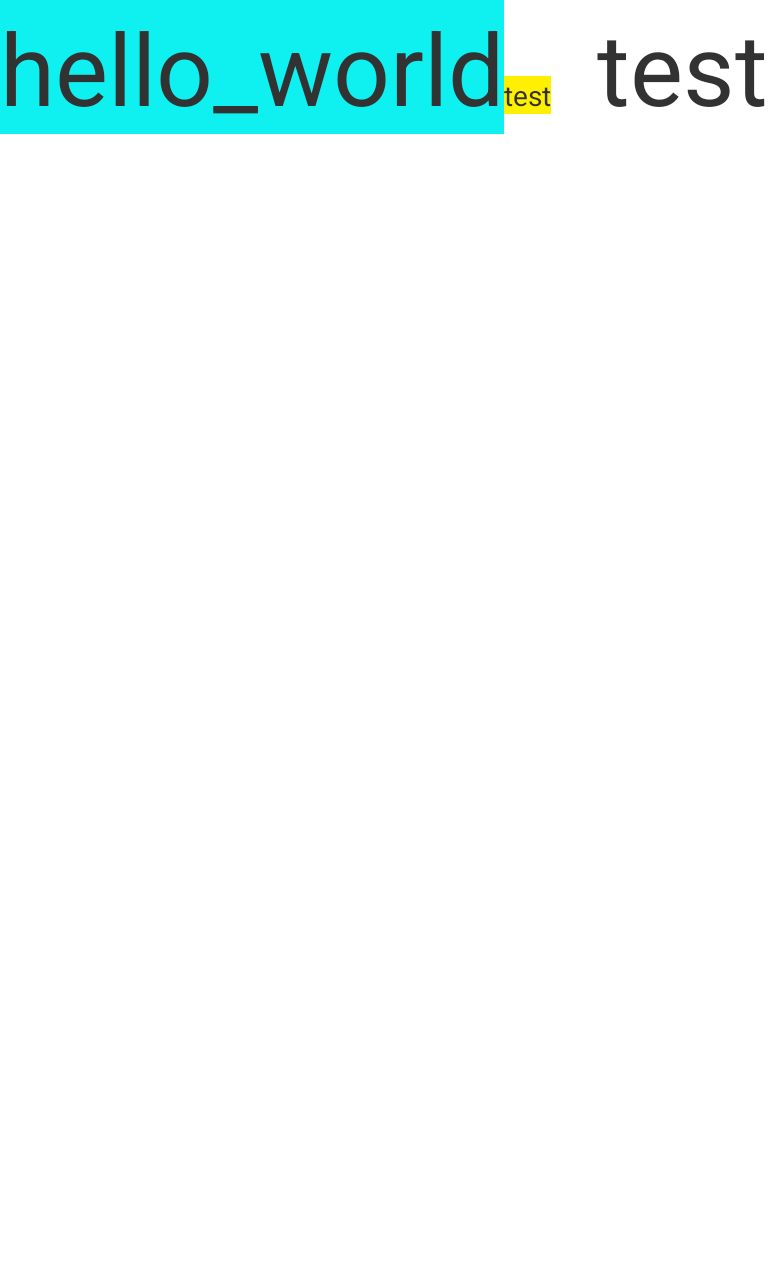
Repository: founderzhl/MarsAndroid
Layout: S01_E14_RelativeLayout/res/layout/activity_main.xml
An editor plug-in stored every save of this project. The layout is shown before and after the next save, followed by the edit.
It is drawn on a 768 x 1280 px phone screen (xhdpi) without system bars, with theme AppTheme; the app's code is not run.

Above is the layout before, as saved 2015-01-22 15:47:20.

After the next save:
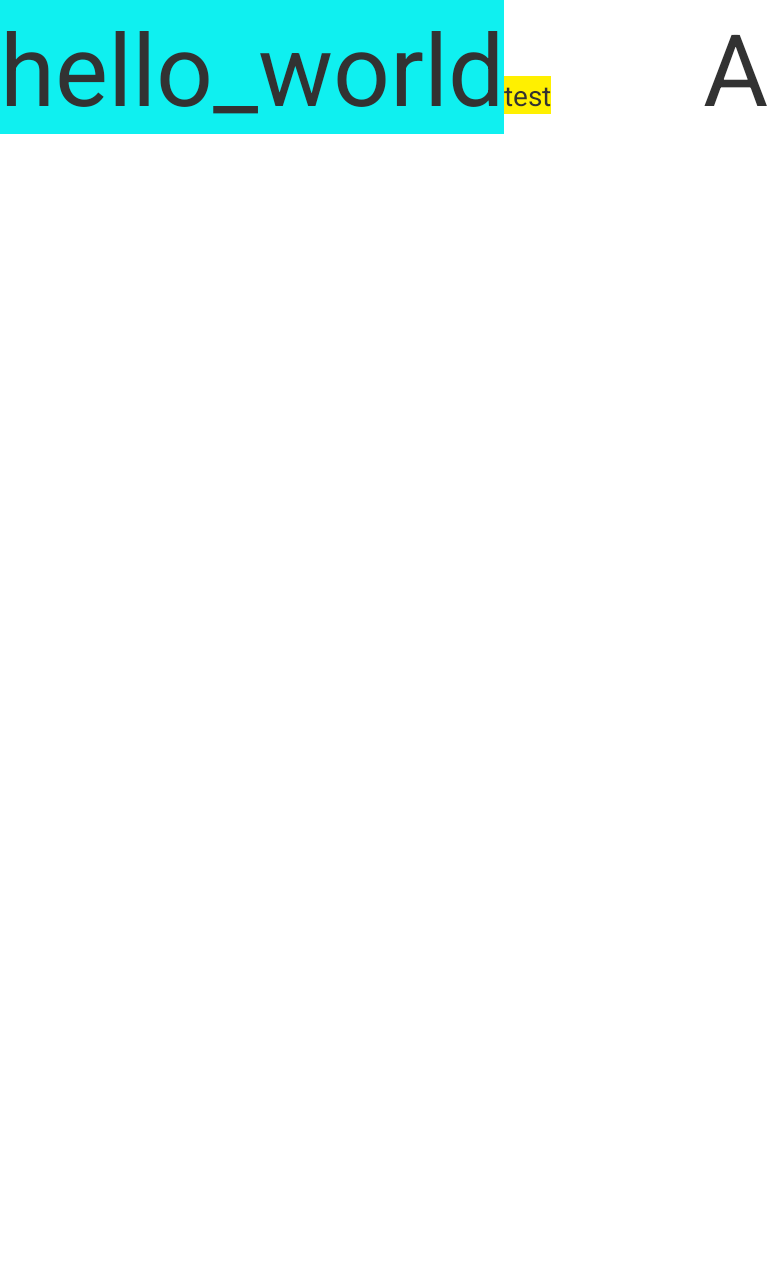
Saved 21 s later.
--- a/S01_E14_RelativeLayout/res/layout/activity_main.xml
+++ b/S01_E14_RelativeLayout/res/layout/activity_main.xml
@@ -26,7 +26,7 @@
         android:layout_height="wrap_content"
         android:textSize="50sp"
 		android:layout_alignParentRight="true"
-        android:text="test" />
+        android:text="A" />
 
 
 </RelativeLayout>
